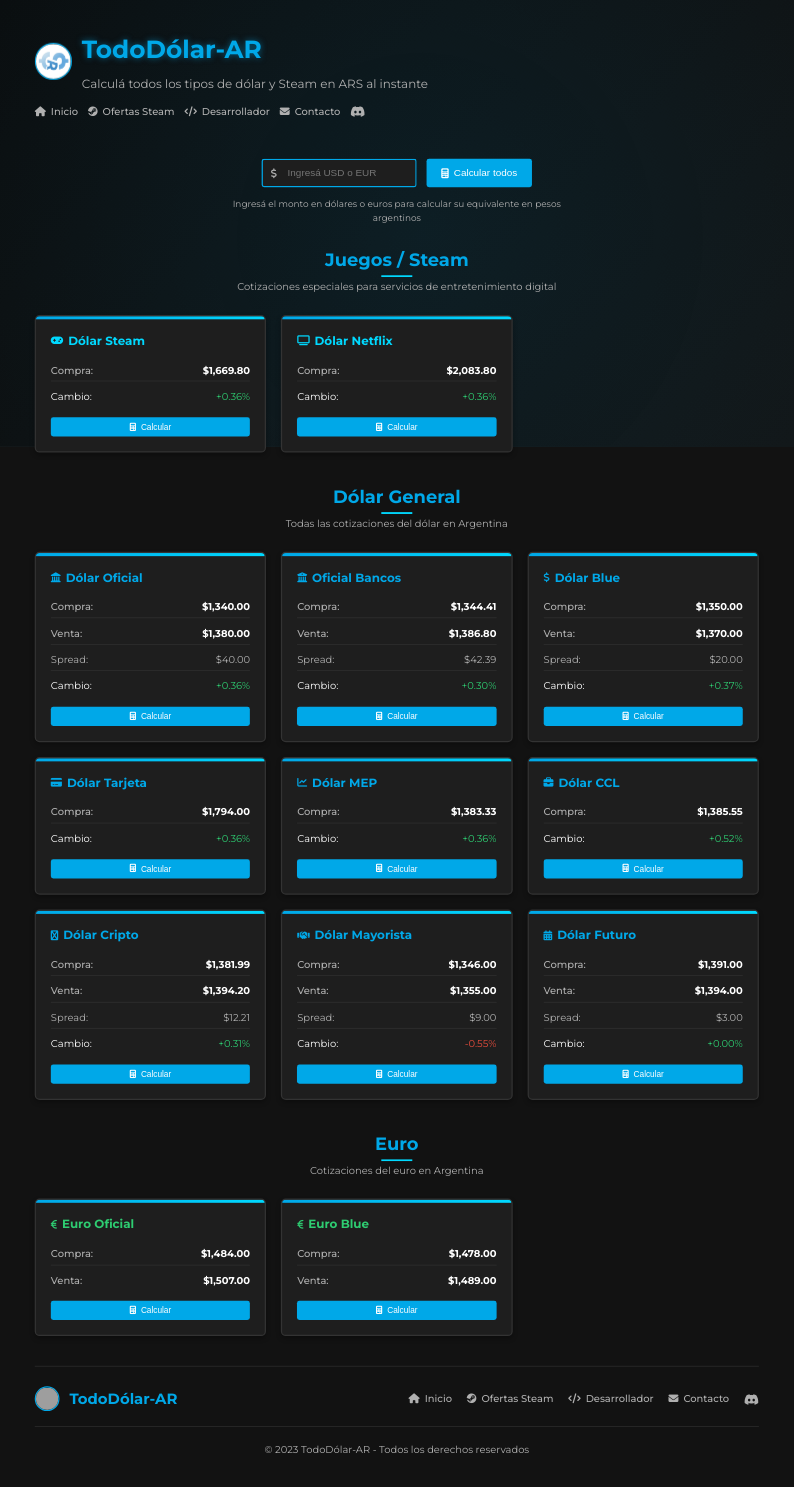
Repository: FabriDevelope/todod-lar-ar
Page: inicio/index.html
The author's editor kept a copy of each file at every save. The page is drawn from the files as they stood at one save, then again after the next save.
The browser window is 1280 px wide. The pictures show the whole page, at 62% of full size.
Pictures or frames that could not be fetched are drawn as grey boxes.

Above is the page before, as saved 2025-09-06 21:23:42.

### inicio/index.html
<!DOCTYPE html>
<html lang="es">
<head>
    <meta charset="UTF-8">
    <meta name="viewport" content="width=device-width, initial-scale=1.0">
    <title>TodoDólar-AR - Calculá todos los tipos de dólar y Steam en ARS al instante</title>
    <link rel="stylesheet" href="../css/style.css">
    <link rel="icon" type="image/png" href="favicon.png">
    <link href="https://fonts.googleapis.com/css2?family=Montserrat:wght@400;500;700&display=swap" rel="stylesheet">
    <link rel="stylesheet" href="https://cdnjs.cloudflare.com/ajax/libs/font-awesome/6.4.0/css/all.min.css">
</head>
<body>
    <!-- Fondo animado -->
    <div class="animated-bg"></div>

    <div class="container">
        <!-- Header -->
        <header class="header">
            <div class="header-content">
                <div class="header-logo">
                    <img src="../logo/logo.png" alt="TodoDólar-AR Logo" class="logo-img">
                    <div>
                        <h1 class="header-title">TodoDólar-AR</h1>
                        <p class="header-subtitle">Calculá todos los tipos de dólar y Steam en ARS al instante</p>
                    </div>
                </div>
                <div class="header-links">
                    <a href="index.html" class="footer-link">
                        <i class="fas fa-home"></i> Inicio
                    </a>
                    <a href="../ofertas-steam/index.html" target="_blank" class="footer-link">
                        <i class="fab fa-steam"></i> Ofertas Steam
                    </a>
                    <a href="../desarrollador/index.html" target="_blank" class="footer-link">
                        <i class="fas fa-code"></i> Desarrollador
                    </a>
                    <a href="../contacto/index.html" class="footer-link">
                        <i class="fas fa-envelope"></i> Contacto
                    </a>
                    <a href="../discord-invite/index.html" target="_blank" class="footer-link discord-link">
                        <i class="fab fa-discord"></i>
                    </a>
                </div>
            </div>
        </header>

        <!-- Input de cálculo -->
        <section class="calculation-section">
            <div class="input-container">
                <div class="input-group">
                    <i class="fas fa-dollar-sign input-icon"></i>
                    <input type="number" id="currency-input" placeholder="Ingresá USD o EUR" step="0.01" min="0">
                </div>
                <button id="calculate-all-btn" class="calculate-btn">
                    <i class="fas fa-calculator"></i> Calcular todos
                </button>
            </div>
            <p class="input-description">Ingresá el monto en dólares o euros para calcular su equivalente en pesos argentinos</p>
        </section>

        <!-- Tarjetas de Juegos/Steam -->
        <section class="card-section">
            <div class="section-header">
                <h2 class="section-title">Juegos / Steam</h2>
                <p class="section-description">Cotizaciones especiales para servicios de entretenimiento digital</p>
            </div>
            <div class="cards-grid" id="steam-cards">
                <!-- Las tarjetas se generarán con JavaScript -->
            </div>
        </section>

        <!-- Tarjetas de Dólar General -->
        <section class="card-section">
            <div class="section-header">
                <h2 class="section-title">Dólar General</h2>
                <p class="section-description">Todas las cotizaciones del dólar en Argentina</p>
            </div>
            <div class="cards-grid" id="general-cards">
                <!-- Las tarjetas se generarán con JavaScript -->
            </div>
        </section>

        <!-- Tarjetas de Euro -->
        <section class="card-section">
            <div class="section-header">
                <h2 class="section-title">Euro</h2>
                <p class="section-description">Cotizaciones del euro en Argentina</p>
            </div>
            <div class="cards-grid" id="euro-cards">
                <!-- Las tarjetas se generarán con JavaScript -->
            </div>
        </section>

        <!-- Footer -->
        <footer class="footer">
            <div class="footer-content">
                <div class="footer-logo">
                    <img src="https://i.imgur.com/8zXZJ7I.png" alt="TodoDólar-AR Logo" class="footer-logo-img">
                    <span class="footer-title">TodoDólar-AR</span>
                </div>
                <div class="footer-links">
                    <a href="index.html" class="footer-link">
                        <i class="fas fa-home"></i> Inicio
                    </a>
                    <a href="https://store.steampowered.com/search/?filter=topsellers&specials=1" target="_blank" class="footer-link">
                        <i class="fab fa-steam"></i> Ofertas Steam
                    </a>
                    <a href="https://fabridevs.netlify.app" target="_blank" class="footer-link">
                        <i class="fas fa-code"></i> Desarrollador
                    </a>
                    <a href="contacto/index.html" class="footer-link">
                        <i class="fas fa-envelope"></i> Contacto
                    </a>
                    <a href="https://discord.gg/your-invite-code" target="_blank" class="footer-link discord-link">
                        <i class="fab fa-discord"></i>
                    </a>
                </div>
            </div>
            <div class="footer-bottom">
                <p>&copy; 2023 TodoDólar-AR - Todos los derechos reservados</p>
            </div>
        </footer>
    </div>

    <!-- Modal para cálculo específico -->
    <div id="calc-modal" class="modal">
        <div class="modal-content">
            <div class="modal-header">
                <h3 class="modal-title" id="modal-title">Calculadora de Moneda</h3>
                <button class="modal-close-btn" id="modal-close-btn">
                    <i class="fas fa-times"></i>
                </button>
            </div>
            <div class="modal-body">
                <div class="calc-section">
                    <h4>ARS a <span id="currency-name">Moneda</span></h4>
                    <div class="calc-input-group">
                        <input type="number" id="ars-input" placeholder="Ingresá ARS" step="0.01" min="0">
                        <button class="calc-btn" id="ars-to-currency-btn">Calcular</button>
                    </div>
                    <div class="calc-result" id="ars-to-currency-result">
                        <span class="result-label">Resultado:</span>
                        <span class="result-value">0.00</span>
                    </div>
                </div>
                <div class="calc-section">
                    <h4><span id="currency-name-2">Moneda</span> a ARS</h4>
                    <div class="calc-input-group">
                        <input type="number" id="currency-input-modal" placeholder="Ingresá monto" step="0.01" min="0">
                        <button class="calc-btn" id="currency-to-ars-btn">Calcular</button>
                    </div>
                    <div class="calc-result" id="currency-to-ars-result">
                        <span class="result-label">Resultado:</span>
                        <span class="result-value">$0.00</span>
                    </div>
                </div>
            </div>
            <div class="modal-footer">
                <button class="modal-close-footer-btn" id="modal-close-footer-btn">Cerrar</button>
            </div>
        </div>
    </div>

    <script src="../js/script.js"></script>
</body>
</html>

### css/style.css
:root {
    --primary-color: #00a8e8; /* Celeste */
    --secondary-color: #005792; /* Azul oscuro */
    --accent-color: #00d9ff; /* Celeste más brillante */
    --dark-bg: #121212; /* Fondo oscuro */
    --darker-bg: #0a0a0a; /* Fondo más oscuro */
    --card-bg: #1e1e1e; /* Fondo de tarjetas */
    --light-text: #ffffff; /* Texto claro */
    --medium-text: #b0b0b0; /* Texto medio */
    --border-color: #333333; /* Color de bordes */
    --shadow: 0 4px 8px rgba(0, 0, 0, 0.3);
    --hover-shadow: 0 8px 16px rgba(0, 0, 0, 0.5);
    --transition: all 0.3s ease;
}

* {
    margin: 0;
    padding: 0;
    box-sizing: border-box;
}

body {
    font-family: 'Montserrat', sans-serif;
    background-color: var(--dark-bg);
    color: var(--light-text);
    line-height: 1.6;
    overflow-x: hidden;
    position: relative;
}

/* Fondo animado */
.animated-bg {
    position: fixed;
    top: 0;
    left: 0;
    width: 100%;
    height: 100%;
    z-index: -1;
    background: linear-gradient(135deg, #0a0a0a 0%, #121212 100%);
    overflow: hidden;
}

.animated-bg::before {
    content: '';
    position: absolute;
    top: -50%;
    left: -50%;
    width: 200%;
    height: 200%;
    background: radial-gradient(circle, rgba(0, 168, 232, 0.1) 0%, transparent 70%);
    animation: pulse 15s infinite alternate;
}

@keyframes pulse {
    0% {
        transform: translate(-10%, -10%) rotate(0deg);
    }
    100% {
        transform: translate(10%, 10%) rotate(360deg);
    }
}

.container {
    max-width: 1200px;
    margin: 0 auto;
    padding: 1rem;
    position: relative;
    z-index: 1;
}

/* Header Styles */
.header {
    padding: 2rem 0;
    animation: fadeIn 1s ease-in-out;
}

@keyframes fadeIn {
    from { opacity: 0; transform: translateY(-20px); }
    to { opacity: 1; transform: translateY(0); }
}

.header-content {
    display: flex;
    justify-content: space-between;
    align-items: center;
    flex-wrap: wrap;
    gap: 1rem;
}

.header-logo {
    display: flex;
    align-items: center;
    gap: 1rem;
}

.logo-img {
    width: 60px;
    height: 60px;
    border-radius: 50%;
    border: 2px solid var(--primary-color);
    animation: rotate 20s infinite linear;
}

@keyframes rotate {
    from { transform: rotate(0deg); }
    to { transform: rotate(360deg); }
}

.header-title {
    font-size: 2.5rem;
    font-weight: 700;
    color: var(--primary-color);
    margin-bottom: 0.5rem;
    text-shadow: 0 0 10px rgba(0, 168, 232, 0.5);
}

.header-subtitle {
    font-size: 1.2rem;
    color: var(--medium-text);
}

.header-links {
    display: flex;
    gap: 1rem;
}

.dev-link {
    color: var(--light-text);
    text-decoration: none;
    font-weight: 500;
    padding: 0.5rem 1rem;
    border: 1px solid var(--primary-color);
    border-radius: 4px;
    transition: var(--transition);
    display: flex;
    align-items: center;
    gap: 0.5rem;
}

.dev-link:hover {
    background-color: var(--primary-color);
    color: var(--dark-bg);
    transform: translateY(-2px);
}

.steam-btn, .back-btn {
    background-color: var(--primary-color);
    color: var(--light-text);
    border: none;
    padding: 0.5rem 1rem;
    border-radius: 4px;
    font-weight: 500;
    cursor: pointer;
    text-decoration: none;
    display: inline-flex;
    align-items: center;
    gap: 0.5rem;
    transition: var(--transition);
}

.steam-btn:hover, .back-btn:hover {
    background-color: var(--secondary-color);
    transform: translateY(-2px);
}

/* Input Section */
.calculation-section {
    margin: 2rem 0;
    text-align: center;
}

.input-container {
    display: flex;
    justify-content: center;
    gap: 1rem;
    flex-wrap: wrap;
    margin-bottom: 1rem;
}

.input-group {
    position: relative;
    display: flex;
    align-items: center;
}

.input-icon {
    position: absolute;
    left: 15px;
    color: var(--medium-text);
}

#currency-input {
    padding: 0.75rem 0.75rem 0.75rem 40px;
    border: 2px solid var(--primary-color);
    border-radius: 4px;
    font-size: 1rem;
    width: 250px;
    background-color: var(--card-bg);
    color: var(--light-text);
    transition: var(--transition);
}

#currency-input:focus {
    outline: none;
    border-color: var(--accent-color);
    box-shadow: 0 0 10px rgba(0, 217, 255, 0.3);
}

.input-description {
    color: var(--medium-text);
    font-size: 0.9rem;
    max-width: 600px;
    margin: 0 auto;
}

.calculate-btn {
    background-color: var(--primary-color);
    color: var(--light-text);
    border: none;
    padding: 0.75rem 1.5rem;
    border-radius: 4px;
    font-size: 1rem;
    font-weight: 500;
    cursor: pointer;
    transition: var(--transition);
    display: flex;
    align-items: center;
    gap: 0.5rem;
}

.calculate-btn:hover {
    background-color: var(--secondary-color);
    transform: translateY(-2px);
}

/* Card Section */
.section-header {
    text-align: center;
    margin-bottom: 2rem;
}

.section-title {
    font-size: 1.8rem;
    font-weight: 700;
    color: var(--primary-color);
    margin-bottom: 0.5rem;
    position: relative;
    display: inline-block;
}

.section-title::after {
    content: '';
    position: absolute;
    bottom: -5px;
    left: 50%;
    transform: translateX(-50%);
    width: 50px;
    height: 3px;
    background-color: var(--accent-color);
}

.section-description {
    color: var(--medium-text);
    max-width: 600px;
    margin: 0 auto;
}

.cards-grid {
    display: grid;
    grid-template-columns: repeat(auto-fill, minmax(280px, 1fr));
    gap: 1.5rem;
    margin-bottom: 3rem;
}

.card {
    background-color: var(--card-bg);
    border: 2px solid var(--border-color);
    border-radius: 8px;
    padding: 1.5rem;
    box-shadow: var(--shadow);
    transition: var(--transition);
    animation: fadeInUp 0.5s ease-in-out;
    position: relative;
    overflow: hidden;
}

@keyframes fadeInUp {
    from { opacity: 0; transform: translateY(20px); }
    to { opacity: 1; transform: translateY(0); }
}

.card::before {
    content: '';
    position: absolute;
    top: 0;
    left: 0;
    width: 100%;
    height: 5px;
    background: linear-gradient(90deg, var(--primary-color), var(--accent-color));
}

.card:hover {
    transform: translateY(-5px);
    box-shadow: var(--hover-shadow);
    border-color: var(--primary-color);
}

.card-title {
    font-size: 1.2rem;
    font-weight: 700;
    margin-bottom: 1rem;
    display: flex;
    align-items: center;
    gap: 0.5rem;
}

.card-title i {
    font-size: 1rem;
}

.card-values {
    margin-bottom: 1rem;
}

.card-value {
    display: flex;
    justify-content: space-between;
    margin-bottom: 0.5rem;
    padding: 0.25rem 0;
    border-bottom: 1px solid var(--border-color);
}

.card-value:last-child {
    border-bottom: none;
}

.card-value span:first-child {
    font-weight: 500;
    color: var(--medium-text);
}

.card-value span:last-child {
    font-weight: 700;
    color: var(--light-text);
}

.card-spread {
    display: flex;
    justify-content: space-between;
    margin-bottom: 0.5rem;
    color: var(--medium-text);
    padding: 0.25rem 0;
    border-bottom: 1px solid var(--border-color);
}

.card-change {
    display: flex;
    justify-content: space-between;
    margin-bottom: 1rem;
    padding: 0.25rem 0;
}

.positive {
    color: #2ecc71;
}

.negative {
    color: #e74c3c;
}

.card-btn {
    background-color: var(--primary-color);
    color: var(--light-text);
    border: none;
    padding: 0.5rem 1rem;
    border-radius: 4px;
    font-weight: 500;
    cursor: pointer;
    width: 100%;
    transition: var(--transition);
    display: flex;
    align-items: center;
    justify-content: center;
    gap: 0.5rem;
}

.card-btn:hover {
    background-color: var(--secondary-color);
}

/* Modal Styles */
.modal {
    display: none;
    position: fixed;
    top: 0;
    left: 0;
    width: 100%;
    height: 100%;
    background-color: rgba(0, 0, 0, 0.8);
    z-index: 1000;
    animation: fadeIn 0.3s ease-in-out;
}

.modal-content {
    position: relative;
    background-color: var(--card-bg);
    margin: 5% auto;
    padding: 0;
    border: 2px solid var(--primary-color);
    border-radius: 8px;
    width: 90%;
    max-width: 500px;
    box-shadow: var(--hover-shadow);
    animation: slideIn 0.3s ease-in-out;
}

@keyframes slideIn {
    from { transform: translateY(-50px); opacity: 0; }
    to { transform: translateY(0); opacity: 1; }
}

.modal-header {
    display: flex;
    justify-content: space-between;
    align-items: center;
    padding: 1rem;
    border-bottom: 1px solid var(--border-color);
}

.modal-title {
    font-size: 1.5rem;
    font-weight: 700;
    color: var(--primary-color);
}

.modal-close-btn {
    background: none;
    border: none;
    color: var(--medium-text);
    font-size: 1.5rem;
    cursor: pointer;
    transition: var(--transition);
}

.modal-close-btn:hover {
    color: var(--light-text);
}

.modal-body {
    padding: 1.5rem;
}

.calc-section {
    margin-bottom: 1.5rem;
}

.calc-section:last-child {
    margin-bottom: 0;
}

.calc-section h4 {
    font-size: 1.2rem;
    margin-bottom: 1rem;
    color: var(--light-text);
}

.calc-input-group {
    display: flex;
    gap: 0.5rem;
    margin-bottom: 1rem;
}

.calc-input-group input {
    flex: 1;
    padding: 0.75rem;
    border: 2px solid var(--border-color);
    border-radius: 4px;
    font-size: 1rem;
    background-color: var(--dark-bg);
    color: var(--light-text);
    transition: var(--transition);
}

.calc-input-group input:focus {
    outline: none;
    border-color: var(--primary-color);
}

.calc-btn {
    background-color: var(--primary-color);
    color: var(--light-text);
    border: none;
    padding: 0.75rem 1rem;
    border-radius: 4px;
    font-weight: 500;
    cursor: pointer;
    transition: var(--transition);
}

.calc-btn:hover {
    background-color: var(--secondary-color);
}

.calc-result {
    padding: 0.75rem;
    background-color: var(--dark-bg);
    border-radius: 4px;
    border: 1px solid var(--border-color);
}

.result-label {
    font-weight: 500;
    color: var(--medium-text);
}

.result-value {
    font-weight: 700;
    color: var(--primary-color);
    font-size: 1.1rem;
}

.modal-footer {
    padding: 1rem;
    border-top: 1px solid var(--border-color);
    text-align: right;
}

.modal-close-footer-btn {
    background-color: var(--primary-color);
    color: var(--light-text);
    border: none;
    padding: 0.5rem 1.5rem;
    border-radius: 4px;
    font-weight: 500;
    cursor: pointer;
    transition: var(--transition);
}

.modal-close-footer-btn:hover {
    background-color: var(--secondary-color);
}

/* Footer */
.footer {
    margin-top: 3rem;
    padding: 2rem 0;
    border-top: 1px solid var(--border-color);
}

.footer-content {
    display: flex;
    justify-content: space-between;
    align-items: center;
    flex-wrap: wrap;
    gap: 2rem;
    margin-bottom: 1.5rem;
}

.footer-logo {
    display: flex;
    align-items: center;
    gap: 1rem;
}

.footer-logo-img {
    width: 40px;
    height: 40px;
    border-radius: 50%;
    border: 2px solid var(--primary-color);
}

.footer-title {
    font-size: 1.5rem;
    font-weight: 700;
    color: var(--primary-color);
}

.footer-links {
    display: flex;
    gap: 1.5rem;
    flex-wrap: wrap;
}

.footer-link {
    color: var(--medium-text);
    text-decoration: none;
    font-weight: 500;
    transition: var(--transition);
    display: flex;
    align-items: center;
    gap: 0.5rem;
}

.footer-link:hover {
    color: var(--primary-color);
}

.discord-link {
    font-size: 1.2rem;
}

.footer-bottom {
    text-align: center;
    padding-top: 1.5rem;
    border-top: 1px solid var(--border-color);
    color: var(--medium-text);
}

/* Contact Form Styles */
.contact-section {
    margin: 2rem 0;
}

.contact-container {
    display: flex;
    gap: 2rem;
    flex-wrap: wrap;
}

.contact-info {
    flex: 1;
    min-width: 300px;
    background-color: var(--card-bg);
    border-radius: 8px;
    padding: 2rem;
    box-shadow: var(--shadow);
}

.contact-title {
    font-size: 1.8rem;
    font-weight: 700;
    color: var(--primary-color);
    margin-bottom: 1rem;
}

.contact-description {
    color: var(--medium-text);
    margin-bottom: 1.5rem;
}

.contact-details {
    display: flex;
    flex-direction: column;
    gap: 1rem;
}

.contact-item {
    display: flex;
    align-items: center;
    gap: 1rem;
    color: var(--medium-text);
}

.contact-item i {
    color: var(--primary-color);
    font-size: 1.2rem;
}

.contact-form-container {
    flex: 1;
    min-width: 300px;
    background-color: var(--card-bg);
    border-radius: 8px;
    padding: 2rem;
    box-shadow: var(--shadow);
}

.contact-form-title {
    font-size: 1.8rem;
    font-weight: 700;
    color: var(--primary-color);
    margin-bottom: 1.5rem;
}

.contact-form {
    display: flex;
    flex-direction: column;
    gap: 1.5rem;
}

.form-group {
    display: flex;
    flex-direction: column;
    gap: 0.5rem;
}

.form-group label {
    font-weight: 500;
    color: var(--medium-text);
}

.form-group input,
.form-group textarea {
    padding: 0.75rem;
    border: 2px solid var(--border-color);
    border-radius: 4px;
    font-size: 1rem;
    background-color: var(--dark-bg);
    color: var(--light-text);
    transition: var(--transition);
}

.form-group input:focus,
.form-group textarea:focus {
    outline: none;
    border-color: var(--primary-color);
}

.submit-btn {
    background-color: var(--primary-color);
    color: var(--light-text);
    border: none;
    padding: 0.75rem 1.5rem;
    border-radius: 4px;
    font-size: 1rem;
    font-weight: 500;
    cursor: pointer;
    transition: var(--transition);
    align-self: center;
    display: flex;
    align-items: center;
    gap: 0.5rem;
}

.submit-btn:hover {
    background-color: var(--secondary-color);
}

/* Responsive Design */
@media (max-width: 768px) {
    .header-content {
        flex-direction: column;
        text-align: center;
    }

    .header-title {
        font-size: 2rem;
    }

    .header-subtitle {
        font-size: 1rem;
    }

    .input-container {
        flex-direction: column;
        align-items: center;
    }

    #currency-input {
        width: 100%;
        max-width: 300px;
    }

    .cards-grid {
        grid-template-columns: repeat(auto-fill, minmax(250px, 1fr));
    }

    .footer-content {
        flex-direction: column;
        text-align: center;
    }

    .contact-container {
        flex-direction: column;
    }
}

Loaded but not shown: js/script.js (380 lines, source omitted)

After the next save:
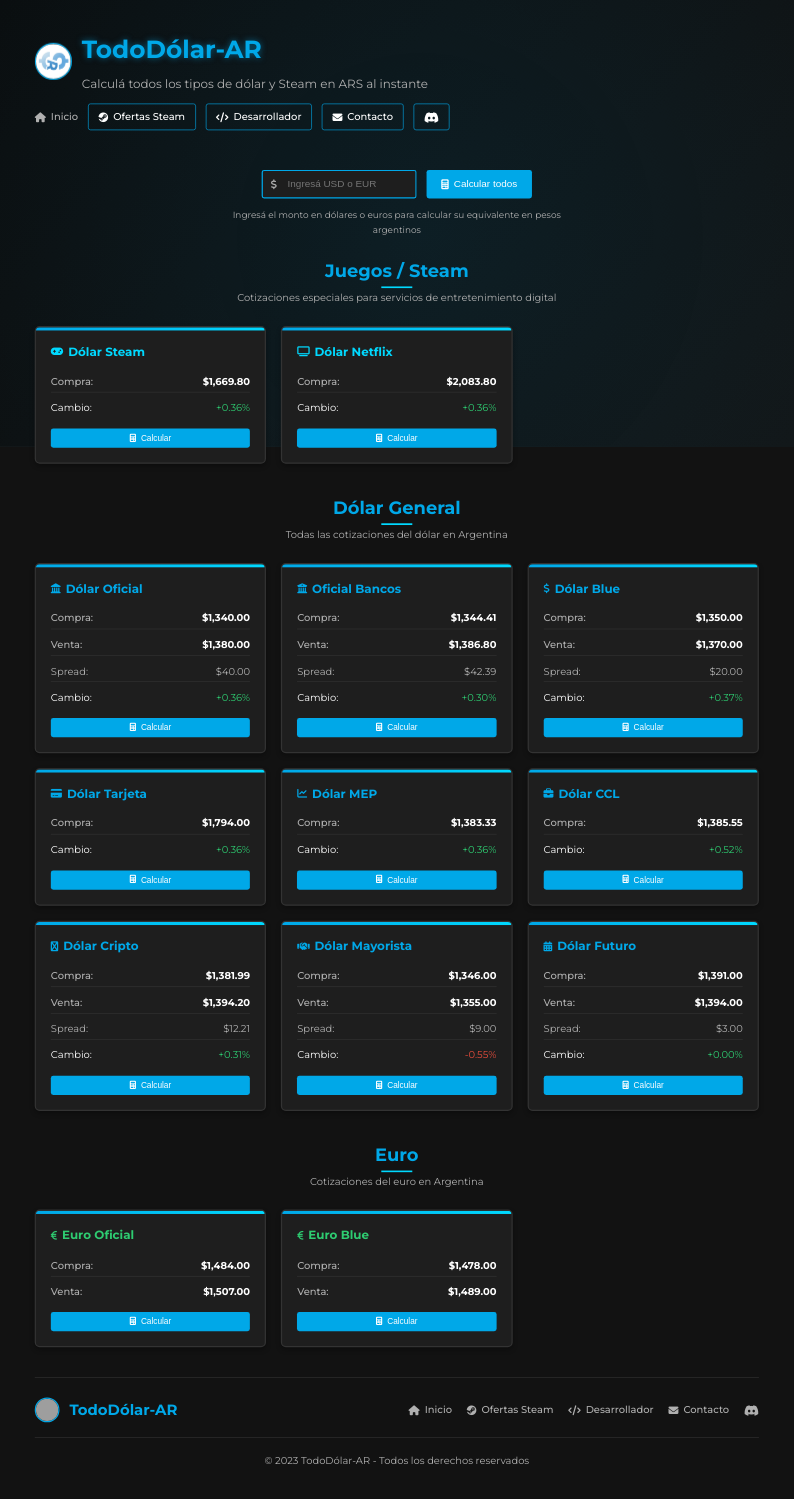
Saved 44 s later.
--- a/inicio/index.html
+++ b/inicio/index.html
@@ -28,16 +28,16 @@
                     <a href="index.html" class="footer-link">
                         <i class="fas fa-home"></i> Inicio
                     </a>
-                    <a href="../ofertas-steam/index.html" target="_blank" class="footer-link">
+                    <a href="../ofertas-steam/index.html" target="_blank" class="dev-link">
                         <i class="fab fa-steam"></i> Ofertas Steam
                     </a>
-                    <a href="../desarrollador/index.html" target="_blank" class="footer-link">
+                    <a href="../desarrollador/index.html" target="_blank" class="dev-link">
                         <i class="fas fa-code"></i> Desarrollador
                     </a>
-                    <a href="../contacto/index.html" class="footer-link">
+                    <a href="../contacto/index.html" class="dev-link">
                         <i class="fas fa-envelope"></i> Contacto
                     </a>
-                    <a href="../discord-invite/index.html" target="_blank" class="footer-link discord-link">
+                    <a href="../discord-invite/index.html" target="_blank" class="dev-link discord-link">
                         <i class="fab fa-discord"></i>
                     </a>
                 </div>
